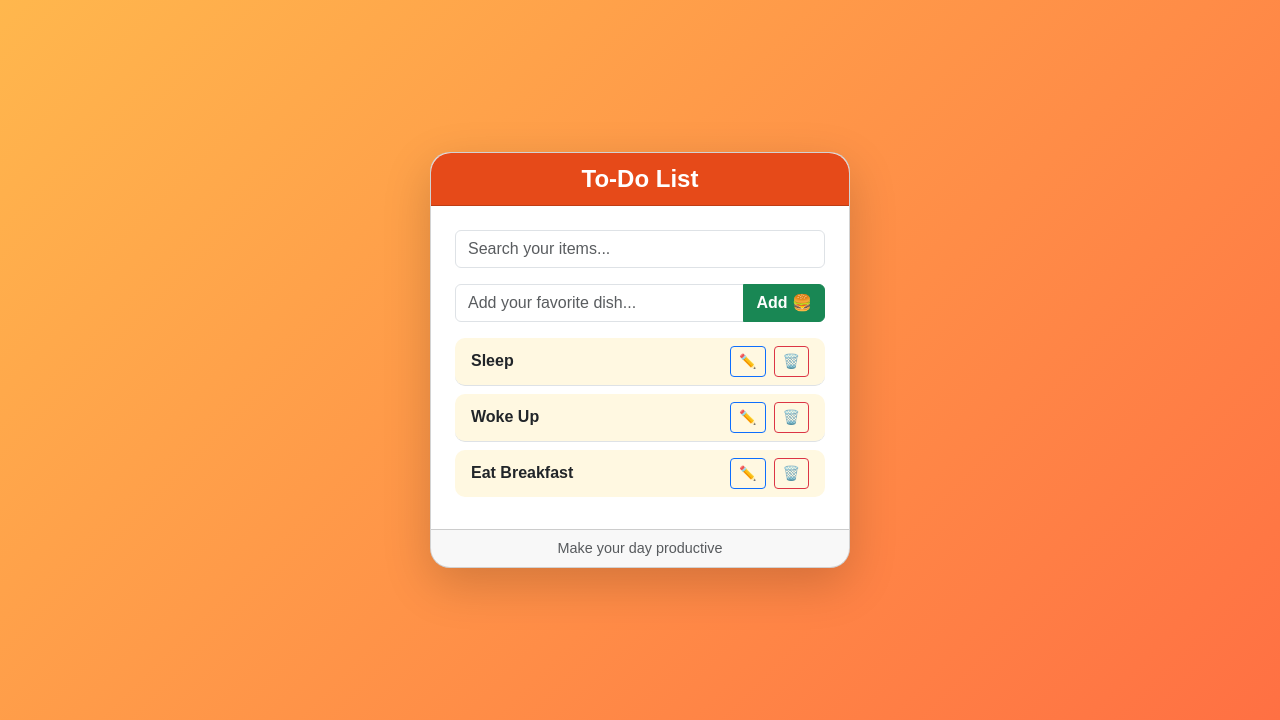
Repository: Dredphoenix/react-todo-app
Page: /
The author's editor kept a copy of each file at every save. The page is drawn from the files as they stood at one save, then again after the next save.
The browser window is 1280 px wide. The pictures show the whole page.
The project was rebuilt for these pictures with package versions that can differ from the ones it lists, and the page was loaded fresh each time. Also part of the build but not shown: vite.config.js.

Above is the page before, as saved 2025-09-29 09:36:33.

### src/App.jsx
import React from 'react';
import { BrowserRouter as Router, Routes, Route, Navigate } from 'react-router-dom';
import Home from './pages/Home';

function App() {


  return (
    <Home/>
  );
}

export default App;

### src/pages/Home.jsx
import React, { useState } from "react";
import "bootstrap/dist/css/bootstrap.min.css";
import axios from "axios";

const Home = () => {
 const [items, setItems] = useState(["Sleep", "Woke Up", "Eat Breakfast"]);
  const [input, setInput] = useState("");
  const [editIndex, setEditIndex] = useState(-1);
  const [search, setSearch] = useState("");

  // Handle Add / Edit
  const handleAdd = () => {
    const trimmed = input.trim();

    if (!trimmed) {
      alert("Please enter a valid input");
      return;
    }

    const isExist = items.find(
      (item) => item.toLowerCase() === trimmed.toLowerCase()
    );

    if (isExist && editIndex === -1) {
      alert("List item already exists");
      return;
    }

    if (editIndex === -1) {
      setItems([...items, trimmed]);
    } else {
      const updated = [...items];
      updated[editIndex] = trimmed;
      setItems(updated);
      setEditIndex(-1);
    }

    setInput("");
  };

  // Delete item
  const handleDelete = (index) => {
    const updated = items.filter((_, i) => i !== index);
    setItems(updated);
  };

  // Edit item
  const handleEdit = (index) => {
    setInput(items[index]);
    setEditIndex(index);
  };

  // Search filter
  const filteredItems = items.filter((item) =>
    item.toLowerCase().includes(search.toLowerCase())
  );

  // Add using Enter key
  const handleEnter = (e) => {
    if (e.key === "Enter") handleAdd();
  };

  return (
    <div
      className="min-vh-100 d-flex align-items-center justify-content-center"
      style={{
        background: "linear-gradient(135deg, #FFB74D, #FF7043)",
        fontFamily: "Poppins, sans-serif",
      }}
    >
      <div className="card shadow-lg" style={{ width: "420px", borderRadius: "20px" }}>
        <div
          className="card-header text-center text-white fw-bold"
          style={{
            backgroundColor: "#E64A19",
            borderTopLeftRadius: "20px",
            borderTopRightRadius: "20px",
            fontSize: "1.5rem",
          }}
        >
          To-Do List
        </div>

        <div className="card-body p-4">
          <div className="input-group mb-3">
            <input
              type="text"
              className="form-control"
              placeholder="Search your items..."
              value={search}
              onChange={(e) => setSearch(e.target.value)}
            />
          </div>


          <div className="input-group mb-3">
            <input
              type="text"
              className="form-control"
              placeholder={editIndex === -1 ? "Add your favorite dish..." : "Edit item..."}
              value={input}
              onChange={(e) => setInput(e.target.value)}
              onKeyDown={handleEnter}
            />
            <button
              className={`btn ${editIndex === -1 ? "btn-success" : "btn-primary"} fw-bold`}
              onClick={handleAdd}
            >
              {editIndex === -1 ? "Add 🍔" : "Update ✏️"}
            </button>
          </div>


          {filteredItems.length === 0 ? (
            <p className="text-center text-muted fst-italic">
              🥗 Nothing to show...
            </p>
          ) : (
            <ul className="list-group list-group-flush">
              {filteredItems.map((item, index) => (
                <li
                  key={index}
                  className="list-group-item d-flex justify-content-between align-items-center"
                  style={{
                    borderRadius: "10px",
                    background: "#FFF8E1",
                    marginBottom: "8px",
                  }}
                >
                  <span className="fw-semibold">{item}</span>
                  <div>
                    <button
                      className="btn btn-sm btn-outline-primary me-2"
                      onClick={() => handleEdit(index)}
                    >
                      ✏️
                    </button>
                    <button
                      className="btn btn-sm btn-outline-danger"
                      onClick={() => handleDelete(index)}
                    >
                      🗑️
                    </button>
                  </div>
                </li>
              ))}
            </ul>
          )}
        </div>

        <div
          className="card-footer text-center text-muted"
          style={{
            fontSize: "0.9rem",
            borderBottomLeftRadius: "20px",
            borderBottomRightRadius: "20px",
          }}
        >
          Make your day productive
        </div>
      </div>
    </div>
  );
};

export default Home;

Loaded but not shown: src/main.jsx (common file); src/index.css (no stored copy; drawn as an empty file)

After the next save:
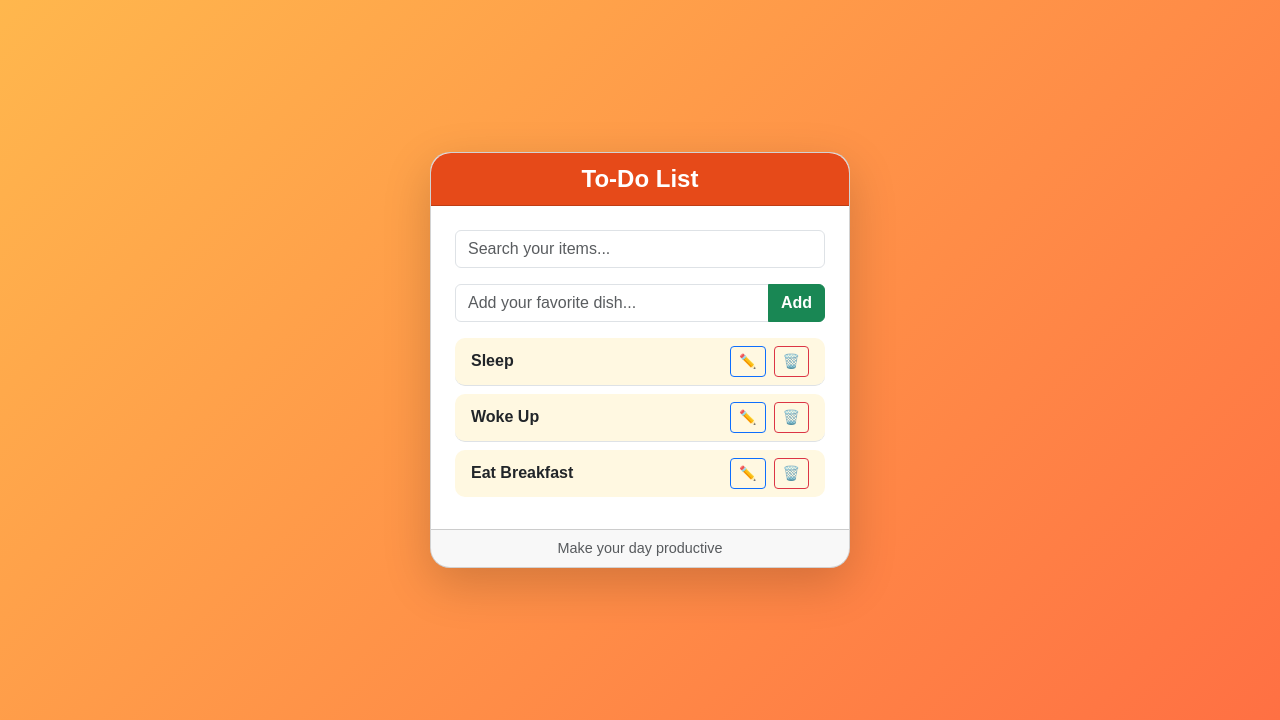
Saved 3 min 5 s later.
--- a/src/pages/Home.jsx
+++ b/src/pages/Home.jsx
@@ -106,7 +106,7 @@ const Home = () => {
               className={`btn ${editIndex === -1 ? "btn-success" : "btn-primary"} fw-bold`}
               onClick={handleAdd}
             >
-              {editIndex === -1 ? "Add 🍔" : "Update ✏️"}
+              {editIndex === -1 ? "Add  " : "Update ✏️"}
             </button>
           </div>
 
